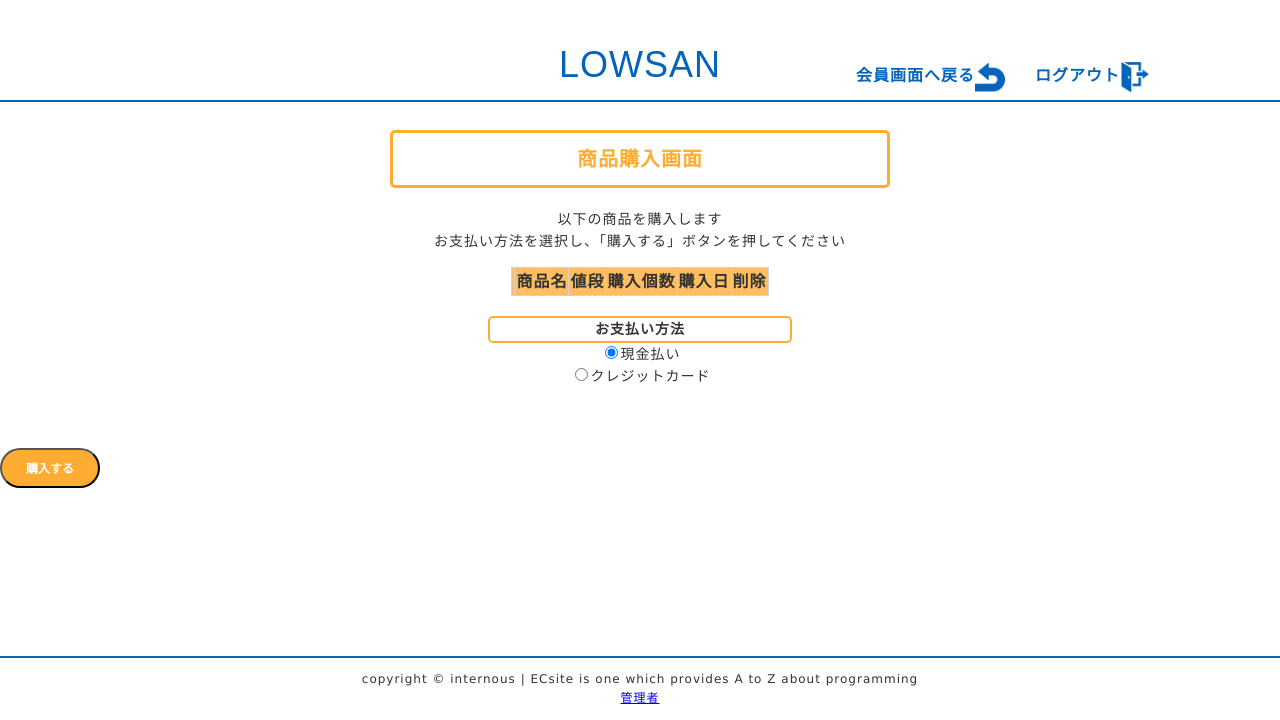
Repository: nishimura0212/myECsite
Page: http://localhost/ecsite/buyItem.jsp
An editor plug-in stored every save of this project. The page is shown before and after the next save, followed by the edit.
The browser window is 1280 px wide. The pictures show the whole page.
The page is served by Tomcat 9.

Above is the page before, as saved 2019-01-02 14:43:17.

After the next save:
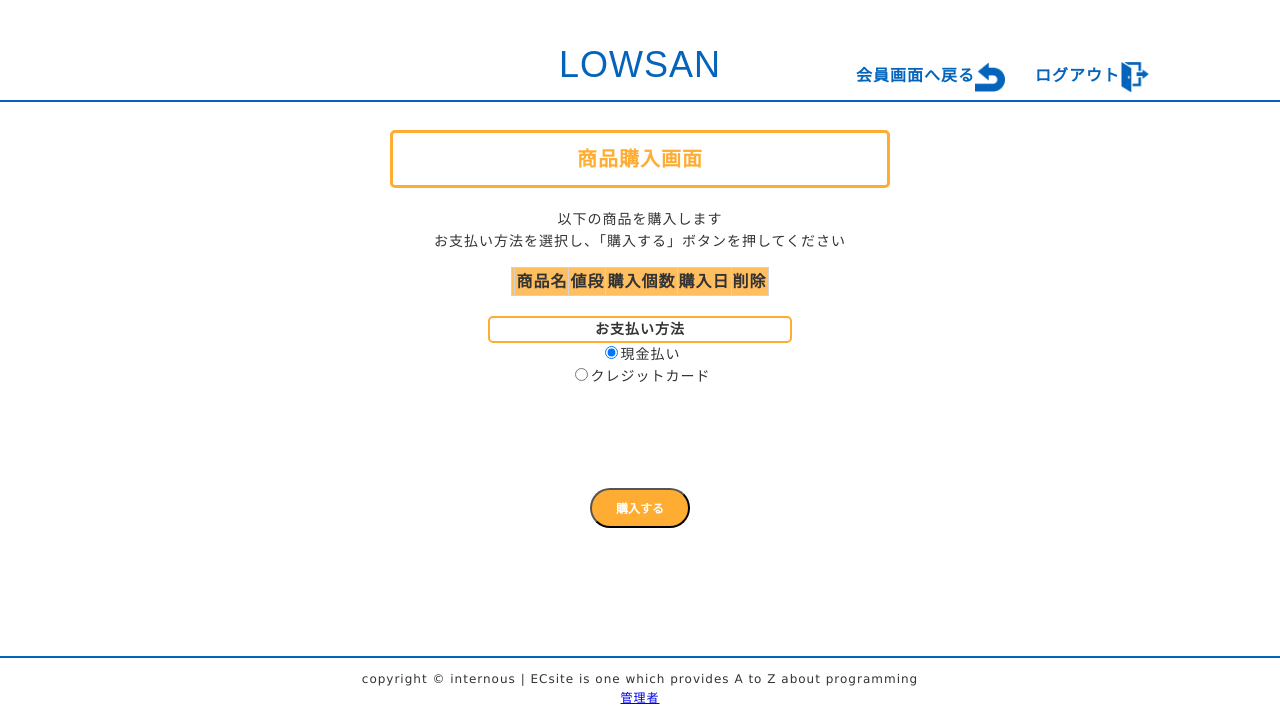
Saved 35 s later.
--- a/ecsite/WebContent/buyItem.jsp
+++ b/ecsite/WebContent/buyItem.jsp
@@ -65,7 +65,9 @@
 			<br><input type="radio" name="pay"value="2" class="radio">クレジットカード
 		</div>
 		<s:form action="BuyItemAction">
-			<button type="submit" class="single_btn">購入する</button>
+			<div class="single">
+				<button type="submit" class="single_btn">購入する</button>
+			</div>
 		</s:form>
 	</div>
 	<div id="footer">
